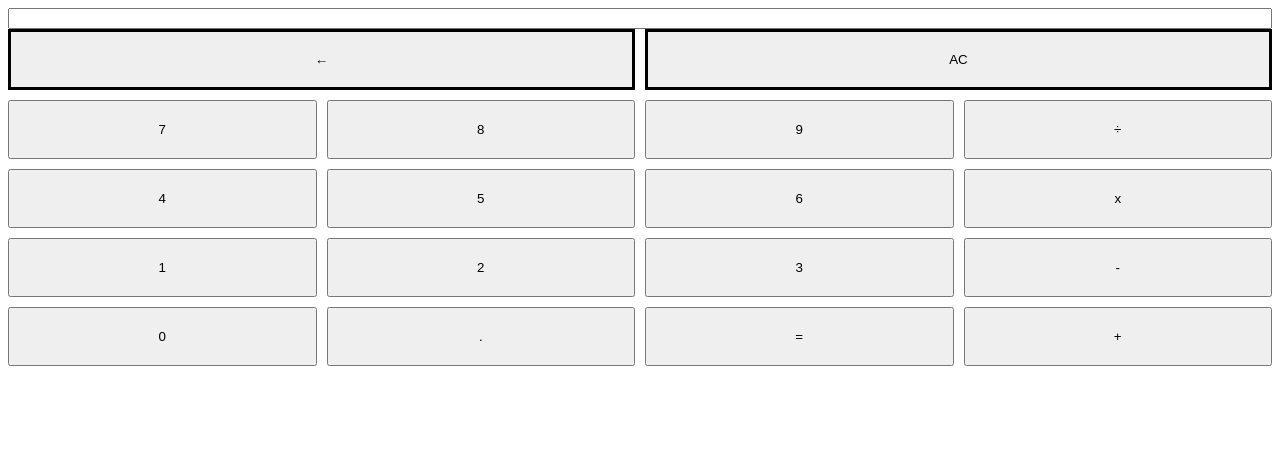
Repository: z1youRA/MyCalculator
Page: index.html
The author's editor kept a copy of each file at every save. The page is drawn from the files as they stood at one save, then again after a run of saves.
The browser window is 1280 px wide. The pictures show the whole page.

Above is the page before, as saved 2021-12-19 17:42:54.

After the next 2 saves:
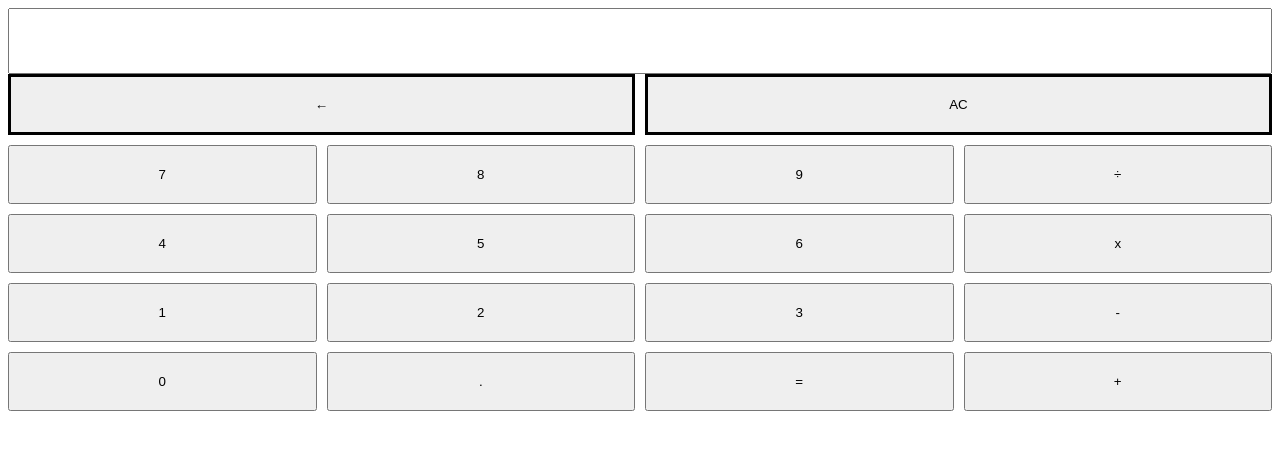
The 2 saves are shown as one change because they came seconds apart.
The last was saved 31 s later.
--- a/css/styles.css
+++ b/css/styles.css
@@ -1,12 +1,12 @@
 .container {
     display: flex;
-    align-items: space-between;
+
     justify-content: center;
     flex-direction: column;
 }
 
 input {
-
+    height: 60px;
 }
 
 .span-2 {
